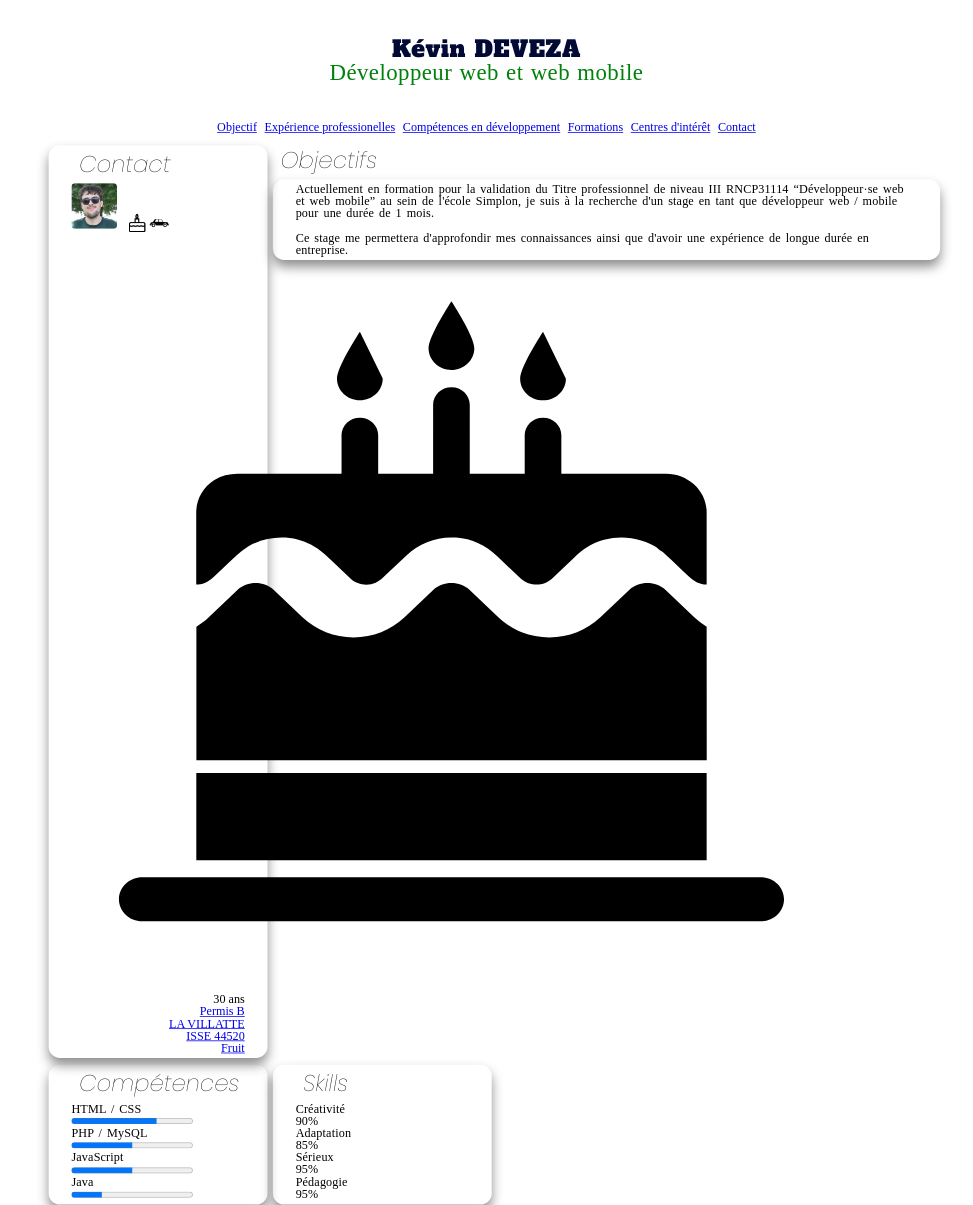
Repository: KevinDvZ/kevindvz.github.io
Page: index.html
These files come from the project's save history. The page is drawn as it stood at one moment and after the next save; the edit follows.
The browser window is 1280 px wide. The pictures show the whole page, at 76% of full size.

Above is the page before, as saved 2020-10-29 12:51:48.

### index.html
<!DOCTYPE html>
<html>
    <!--HEADER-->
<head>
    <title id="nomprenom">DEVEZA Kevin - Développeur Web et Web mobile.</title>
        <meta charset="utf-8" />
        <meta name="description" contents="CV de Kévin DEVEZA, développeur web  et web mobile junior."/>
        <link rel="stylesheet" href="css/cv_deveza.css" />
        <link rel="stylesheet" href="css/reset.css"/>
        <link href="https://fonts.googleapis.com/css2?family=Alfa+Slab+One&display=swap" rel="stylesheet">
        <link href="https://fonts.googleapis.com/css2?family=Abril+Fatface&display=swap" rel="stylesheet">
        <link href="https://fonts.googleapis.com/css2?family=Poppins:ital,wght@1,100&display=swap" rel="stylesheet">
</head>

<body>

<header>

    <div class="text-center">
         <h1 id="nomprenom">Kévin DEVEZA</h1>
         <p id="metier">Développeur web et web mobile</p>
    </div>
</header>

<nav>
        <a class="menu" href="#intro">Objectif</a>
        <a class="menu" href="#experience">Expérience professionelles</a>
        <a class="menu" href="#langages">Compétences en développement</a>
        <a class="menu" href="#formations">Formations</a>
        <a class="menu" href="#interets">Centres d'intérêt</a>
        <a class="menu" href="#contact">Contact</a>
</nav>

<main>

<div id="cadre-obj">
        <h2 class="entete">Objectifs</h2>
        <div class="cadre">
        <p class="p-center">Actuellement en formation pour la validation du Titre professionnel de niveau III RNCP31114  “Développeur·se web et web mobile” au sein de l'école Simplon, je suis à la recherche d'un stage en tant que développeur web / mobile pour une durée de 1 mois.</p>
        <br>
    <p class="p-center">Ce stage me permettera d'approfondir mes connaissances ainsi que d'avoir une expérience de longue durée en entreprise.</p>
</div>
</div>

<div id="cadre-contact">
    <div class="cadre">
      <h2 class="entete">Contact</h2>
      <img src="assets/img/solaire_cv.jpg" alt="image_profil" class="img">
      <img src="assets/icones/birthday_cake.png" alt="" class="icone">
      <img src="assets/icones/car.png" alt="" class="icone">
      <ul class="contact-liste">
        <li><img src="assets/icones/birthday-cake.svg" alt="" class=>30 ans</a></li>
        <li><a href="#">Permis B</a></li>
        <li><a href="#">LA VILLATTE</a></li>
        <li><a href="#">ISSE 44520</a></li>
        <li><a href="#">Fruit</a></li>
     </ul>
    </div>
</div>

<div class="cadre" id="cadre-langages">
                    <div class="cadre-jauges">
                        <h2 class="entete">Compétences</h2>
        <p>HTML / CSS<p>
        <progress id="file" max="100" value="70"> 70% </progress>
        <p>PHP / MySQL</p>
        <progress id="file" max="100" value="50"> 50% </progress>
        <p>JavaScript</p>
        <progress id="file" max="100" value="50"> 30% </progress>
        <p>Java<p>
        <progress id="file" max="100" value="25"> 25% </progress>
</div>
    </div>

<div class="cadre" id="cadre-skills">
            <h2 class="entete">Skills</h2>
        <p>Créativité</p>
        <p>90%</p>
        <p>Adaptation</p>
        <p>85%</p>
        <p>Sérieux</p>
        <p>95%</p>
        <p>Pédagogie</p>
        <p>95%</p>

</div>



</main>
<body>
</html>

### css/cv_deveza.css
header {
  padding: 30px;
  text-align: center;
}

.text-center {
  display: inline-block;
  text-align: center;
  padding: 50px;
}

#nomprenom {
  font-family: "Alfa Slab One", cursive;
  font-size: 30px;
  letter-spacing: 0.8px;
  word-spacing: 1.4px;
  color: #000a35;
}

#metier {
  font-size: 30px;
  letter-spacing: 0.6px;
  word-spacing: 1.4px;
  color: #00810b;
  margin-bottom: auto;
}

nav {
  display: inline-block;
  text-align: center;
  width: 100%;
  margin-bottom: 30px;
}
p {
  font-family: Georgia, serif;
  font-size: 14px;
  letter-spacing: 0.2px;
  word-spacing: 2.2px;
  color: #000000;
  font-weight: 400;
  text-decoration: rgb(68, 68, 68);
  font-style: normal;
  font-variant: normal;
  text-transform: none;
}

.pcenter {
  text-align: center;
}
.menu {
  margin: 3px 3px 3px 3px;
}

body {
  background: rgb(255, 255, 255);
}

main {
  margin-top: 50px;
  display: grid;
  gap: 9px 7px;
  height: auto;
  margin: 15px 5% auto 5%;
  grid-template-columns: repeat(4, 25%);
  grid-template-rows: auto;
  grid-template-areas: "contact obj obj obj";
}

#cadre-obj {
  grid-area: obj;
}

h2 {
}

h3 {
  float: right;
}

address {
  float: right;
}

#cadre-contact {
  grid-area: contact;
}

.intro {
  margin: 20px 1px 0px 0px;
  display: grid;
  grid-area: intro;
  gap: 1% 25px;
  padding-left: 30px;
  border-radius: 15px;
  background: #ffffff;
}

.img {
  max-height: 60px;
  margin-right: 5px;
  border-radius: 5px;
}

.entete {
  font-family: "Abril Fatface", cursive;
  font-size: 30px;
  display: block;
  font-family: "Poppins", sans-serif;
  margin: 5px auto 10px 10px;
}

.cadre {
  box-shadow: 0 9px 15px rgba(0, 0, 0, 0.45);
  display: block;
  padding: 5px 30px 5px 30px;
  border-radius: 15px;
}

#cadre-skills a:hover {
  background-color: aqua;
  float: left;
}

.icone {
  width: 25px;
  position: relative;
  top: 5px;
  left: 5px;
}

.contact-liste li {
  list-style-type: none;
  text-align: right;
}

.contact-liste li::before {
  font-family: "ETmodules";
  content: "<img src=" assets/img/solaire_cv.jpg " alt=" image_profil " class="
    img ">";
  font-size: 120%;
  color: #cc692f;
  float: left;
  margin-left: -1em;
  margin-right: 0.5em;
}

Loaded but not shown: css/reset.css (common file)

After the next save:
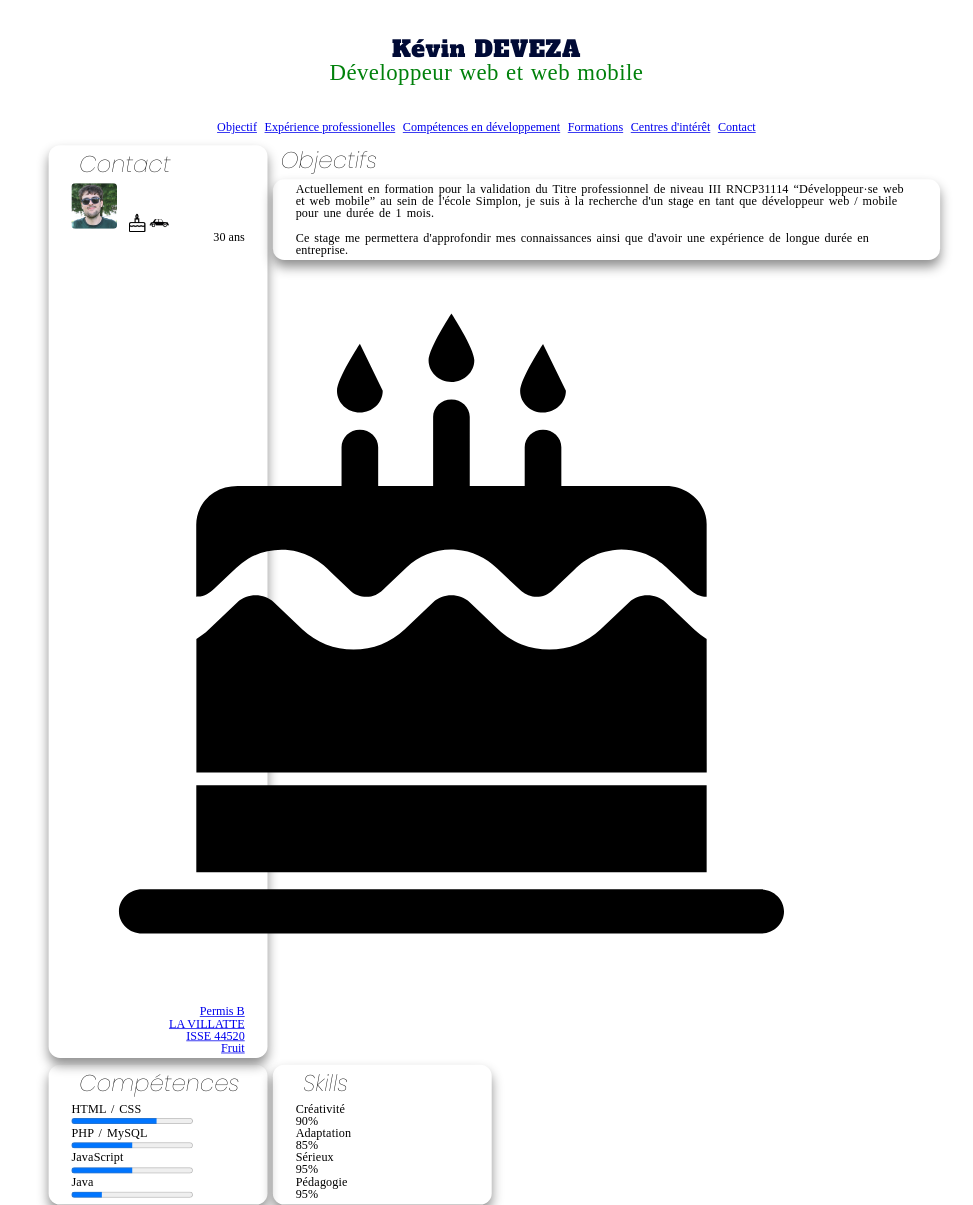
Saved 50 s later.
--- a/index.html
+++ b/index.html
@@ -49,7 +49,7 @@
       <img src="assets/icones/birthday_cake.png" alt="" class="icone">
       <img src="assets/icones/car.png" alt="" class="icone">
       <ul class="contact-liste">
-        <li><img src="assets/icones/birthday-cake.svg" alt="" class=>30 ans</a></li>
+        <li>30 ans<img src="assets/icones/birthday-cake.svg"></li>
         <li><a href="#">Permis B</a></li>
         <li><a href="#">LA VILLATTE</a></li>
         <li><a href="#">ISSE 44520</a></li>
